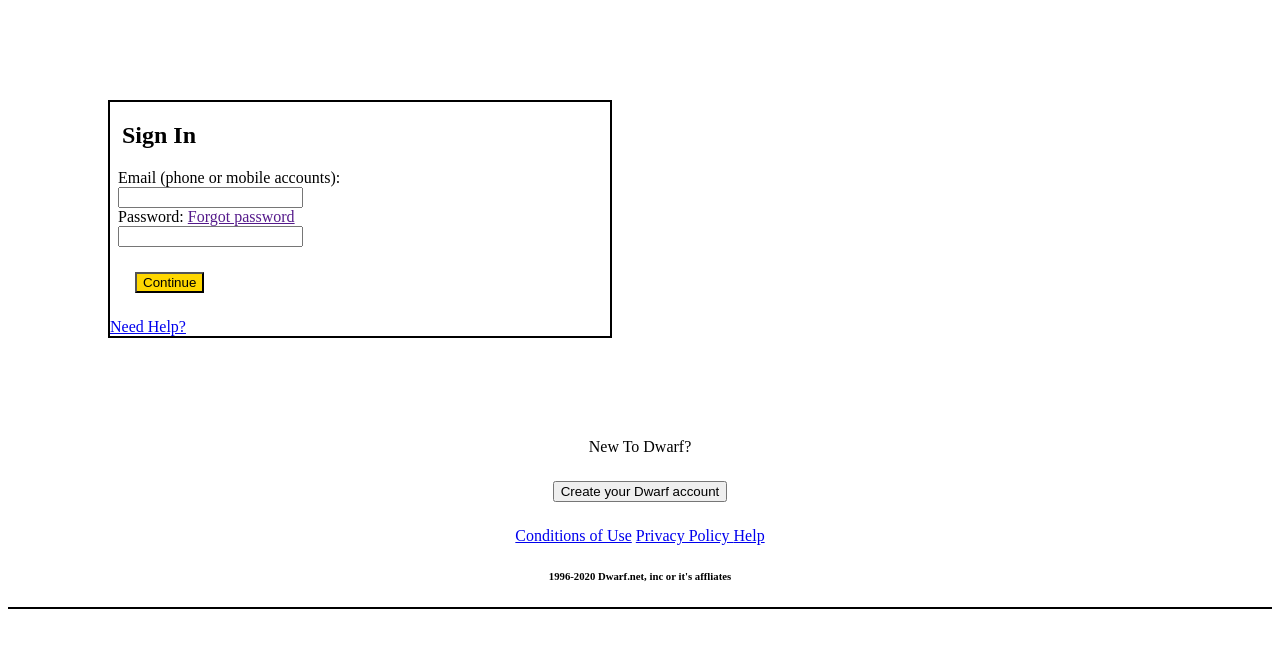
Repository: brittmarie333/replica
Page: index.html
These files come from the project's save history. The page is drawn as it stood at one moment and after the next save; the edit follows.
The browser window is 1280 px wide. The pictures show the whole page.

Above is the page before, as saved 2024-05-27 12:56:22.

After the next save:
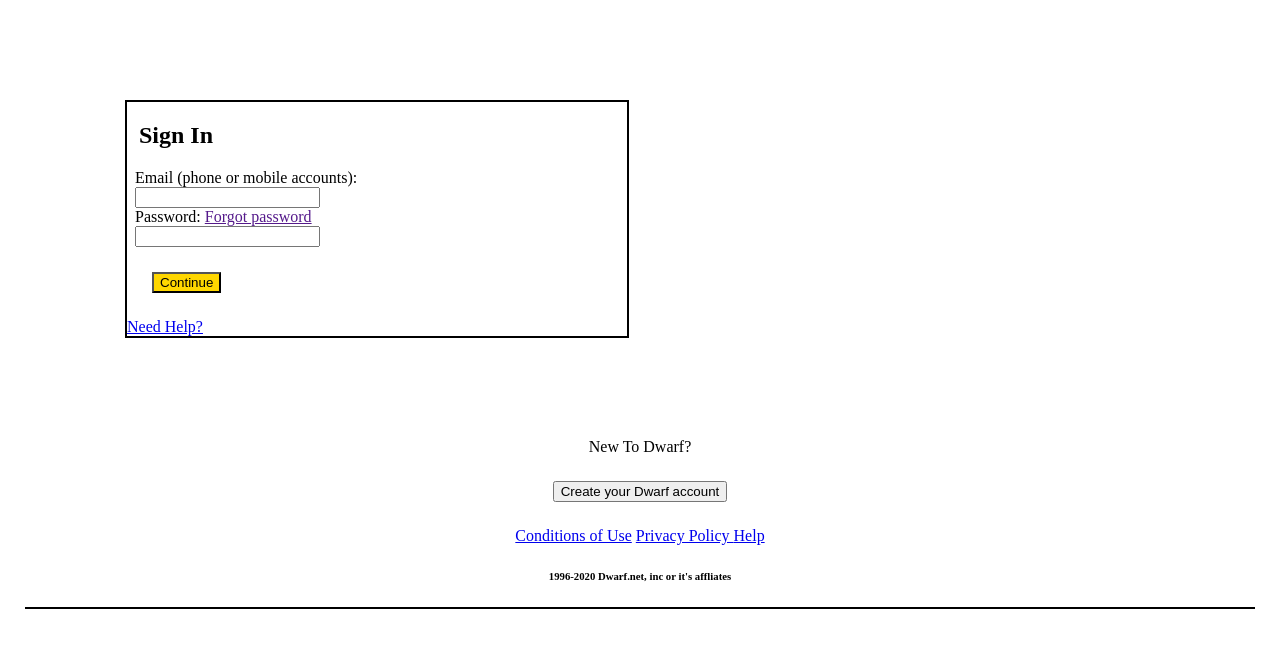
Saved 5 s later.
--- a/index.css
+++ b/index.css
@@ -5,7 +5,7 @@
 body {
     text-align: center;
     border-bottom: 2px solid black;
-    margin:
+    margin: 25px;
 }
 form{
     text-align: left;

After the save that followed:
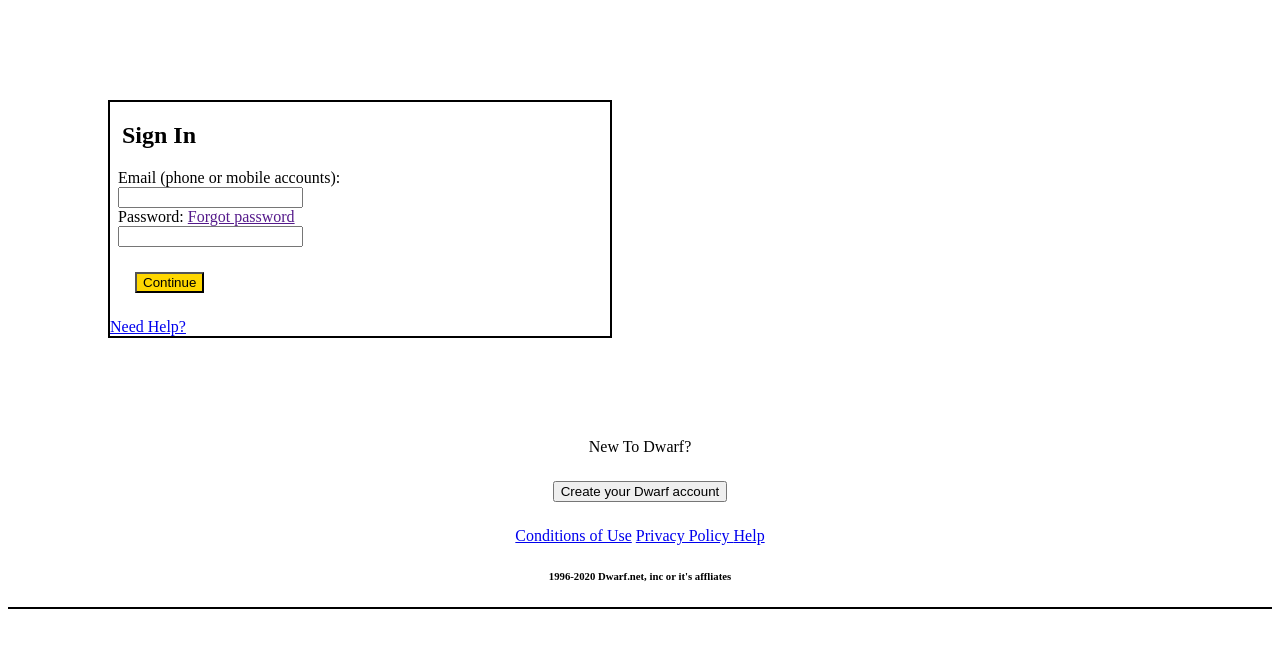
Saved 10 s later.
--- a/index.css
+++ b/index.css
@@ -5,7 +5,7 @@
 body {
     text-align: center;
     border-bottom: 2px solid black;
-    margin: 25px;
+    a
 }
 form{
     text-align: left;
